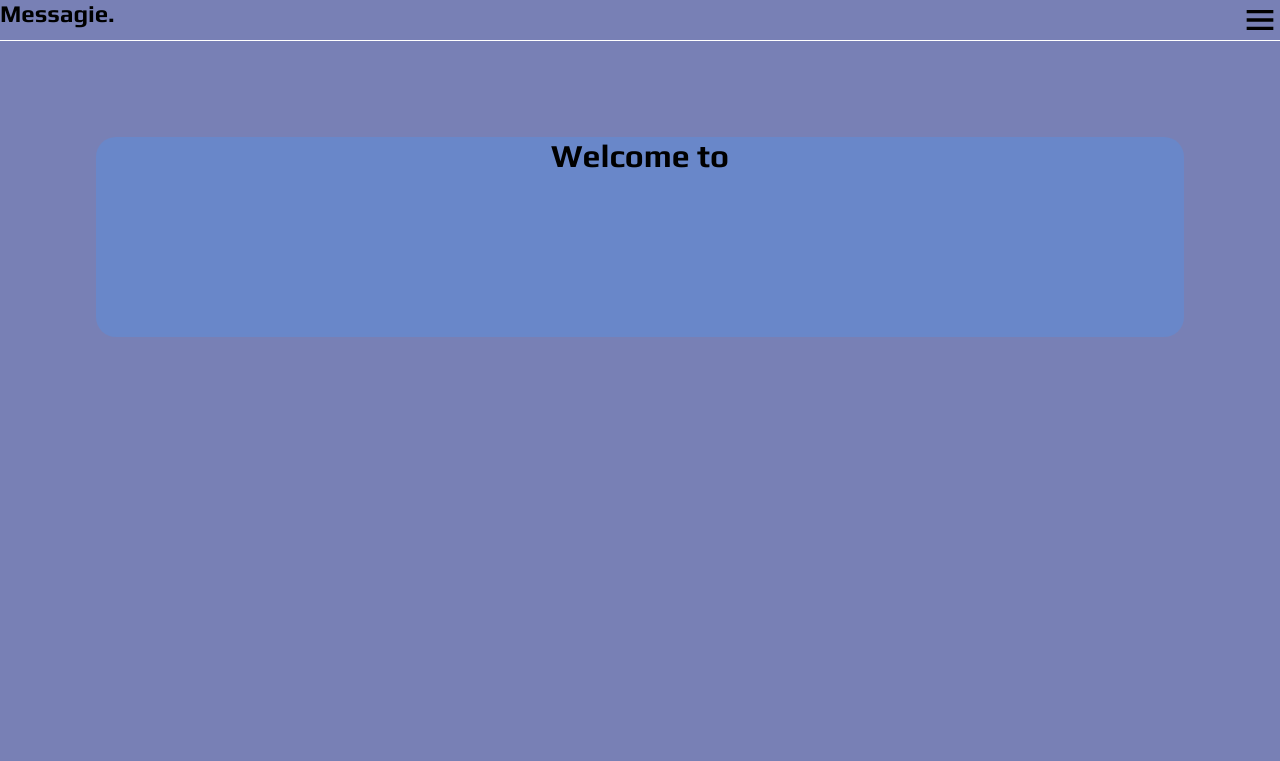
Repository: shaelorch/typeytalkey
Page: /
An editor plug-in stored every save of this project. The page is shown before and after the next save, followed by the edit.
The browser window is 1280 px wide. The pictures show the whole page.
The project was rebuilt for these pictures with package versions that can differ from the ones it lists, and the page was loaded fresh each time. The framework's server and built-in components were replaced by stand-ins that run in the browser. Also part of the build but not shown: next.config.js.

Above is the page before, as saved 2023-02-24 14:40:53.

After the next save:
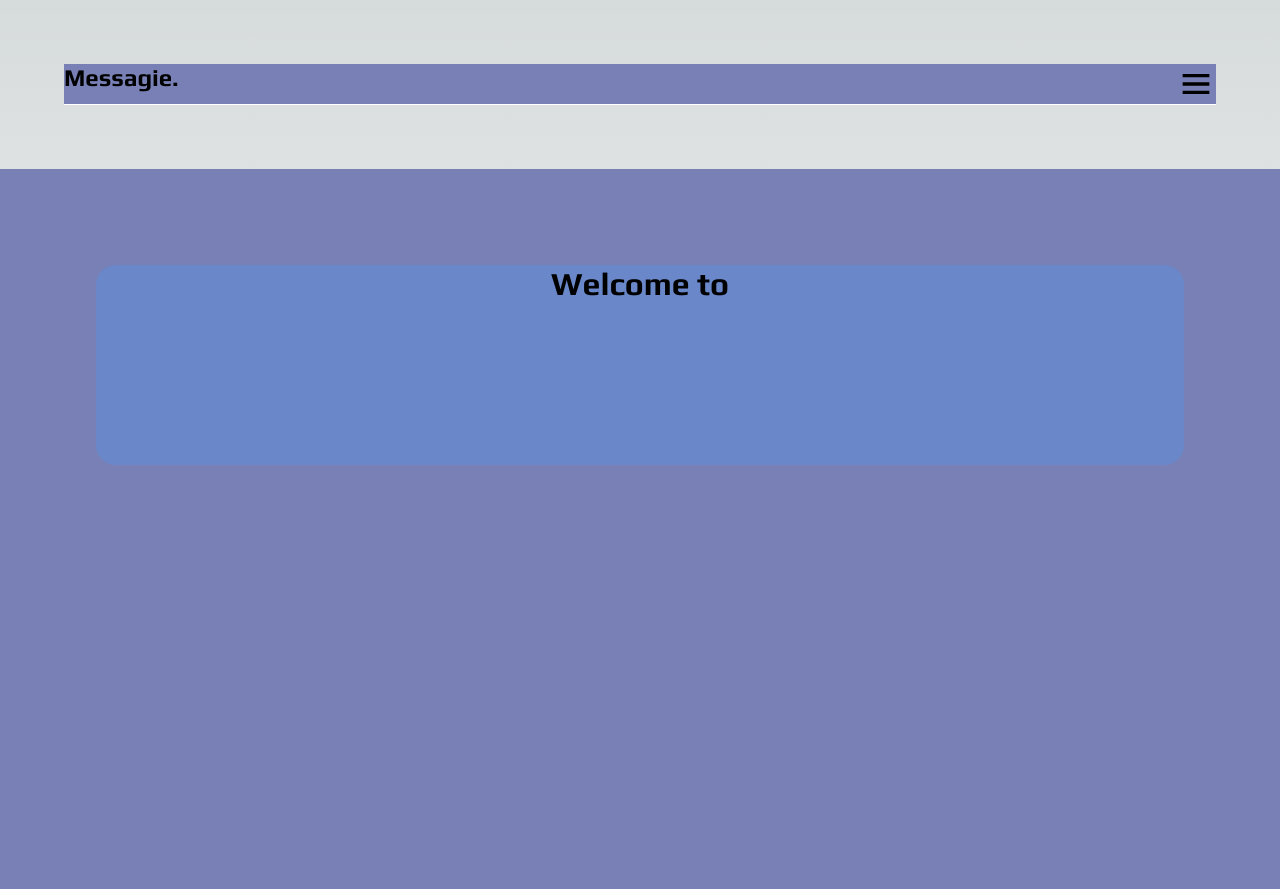
Saved 4 s later.
--- a/src/styles/Home.module.css
+++ b/src/styles/Home.module.css
@@ -13,7 +13,7 @@
   display: flex;
   background-color: #7880B5;
   font-family: play, sans-serif;
-  margin:auto;
+  margin:5%;
   border-bottom: 0.5px solid #ffffff;
   flex-direction: row;
   justify-content: space-between;
